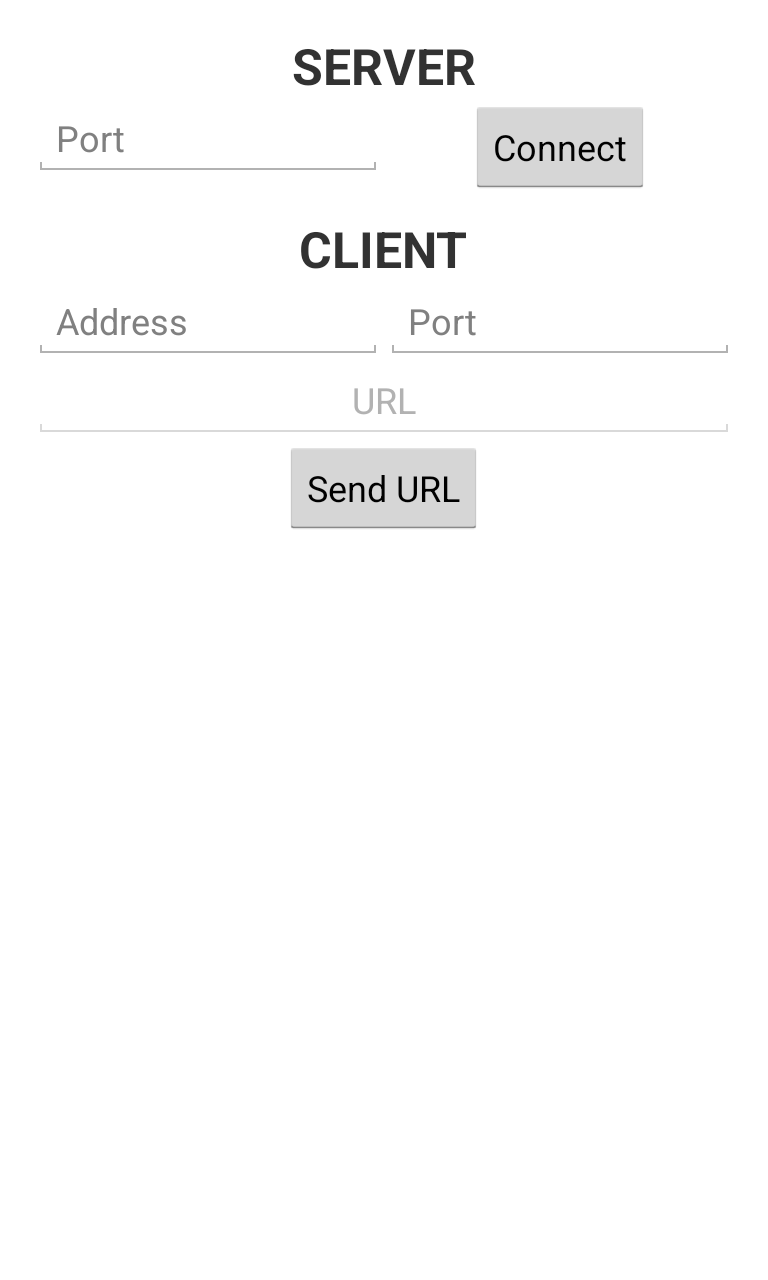
Repository: bianka22/PracticalTest02Var4
Layout: PracticalTest02Var4/res/layout/activity_practical_test02_var04_main.xml
The author's editor kept a copy of each file at every save. The layout is drawn from the files as they stood at one save, then again after the next save.
It is drawn on a 768 x 1280 px phone screen (xhdpi) without system bars, with theme AppTheme; the app's code is not run.

Above is the layout before, as saved 2015-05-19 17:27:34.

After the next save:
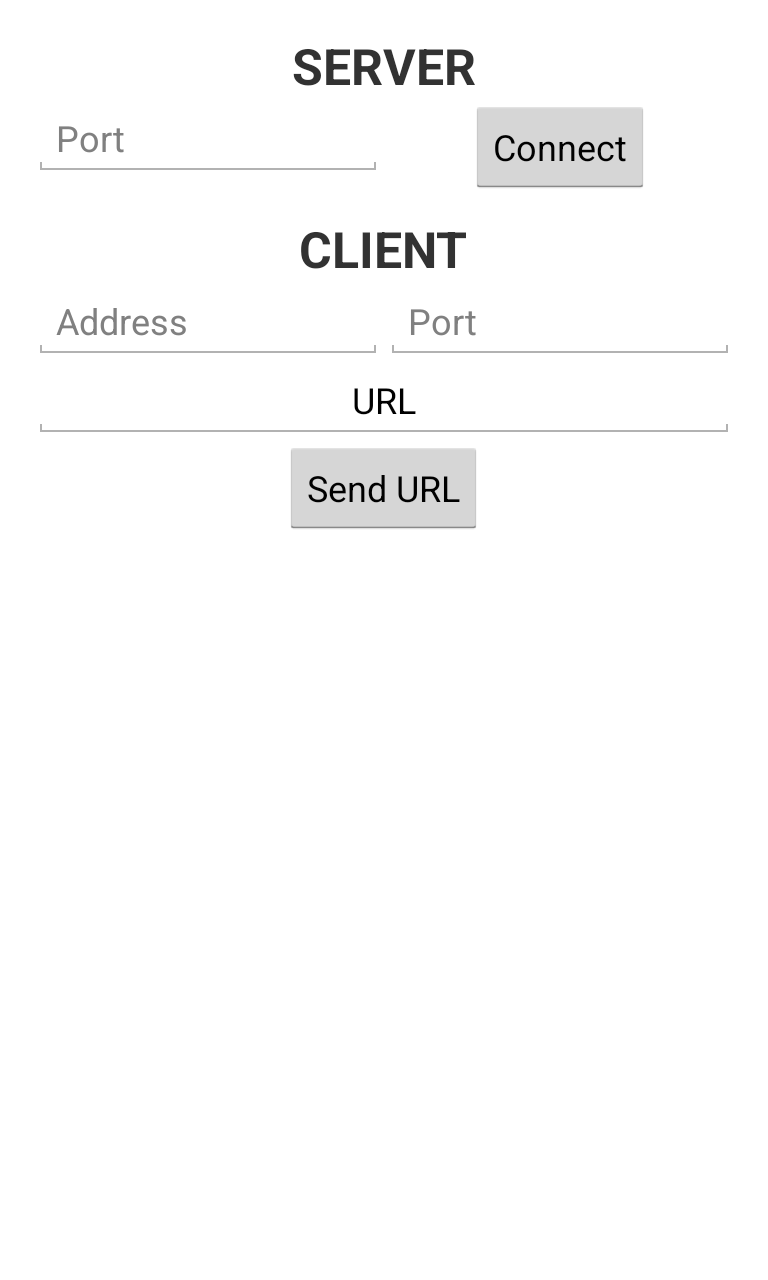
Saved 11 min 21 s later.
--- a/PracticalTest02Var4/res/layout/activity_practical_test02_var04_main.xml
+++ b/PracticalTest02Var4/res/layout/activity_practical_test02_var04_main.xml
@@ -94,7 +94,6 @@
         android:id="@+id/edit_text_url"
         android:layout_width="match_parent"
         android:layout_height="wrap_content"
-        android:enabled="false"
         android:gravity="center"
         android:inputType="textUri"
         android:text="@string/url" />
